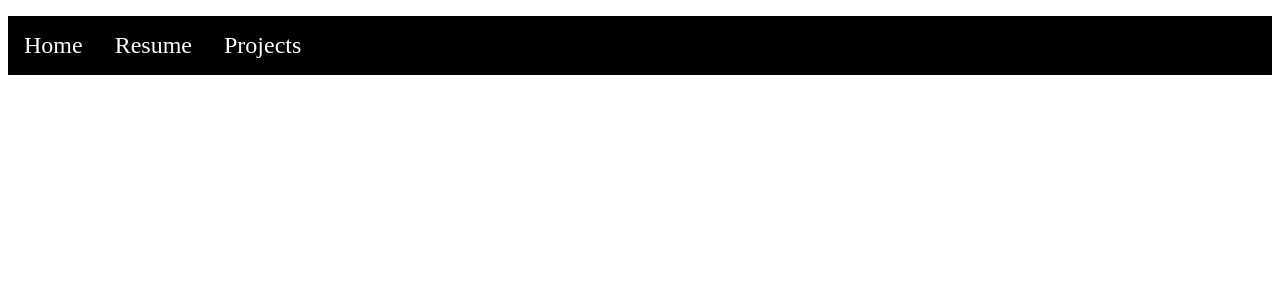
Repository: ChristianCain/ChristianCain.github.io
Page: html/index.html
The author's editor kept a record of every edit. The page is drawn from the files as they stood at one moment, then again after the next edit.
The browser window is 1280 px wide. The pictures show the whole page.

Above is the page before.

### html/index.html
<!DOCTYPE html>
<html>
    <head>
        <title>Home</title>
        <style>
          .navbar{
            list-style: none;
            background-color: black;
            overflow: hidden;
            padding: 0;
            }


            .navbar a, .dropdown div{
                text-decoration: none;
                color: white;
                font-size: 24px;
                padding: 16px;
                display: inline-block;

            }
            .navbar li{
                float: left;
            }

            .navbar li:hover{
                background-color:pink;
            }

            .dropdown-content{
                list-style: none;
                padding: 0;
                display: none;
                position: absolute;
                z-index: 1;
                background-color: black;

            }

            .dropdown-content li{
                float: none;
            }

            .dropdown:hover .dropdown-content{
                display: block;
            }


        </style>



    </head>
    <body>
        <ul class="navbar">
            <li><a href="./">Home</a></li>
            <li><a href="resume.html">Resume</a></li>
            <li class = "dropdown"</li>
                <div>Projects</div>
                <ul class="dropdown-content">
                    <li><a href="#">Project 1</a></li>
                    <li><a href="#">Project 2</a></li>
                    <li><a href="#">Project 3</a></li>

                </ul>


        </ul>
    </body>
</html>

After the next edit:
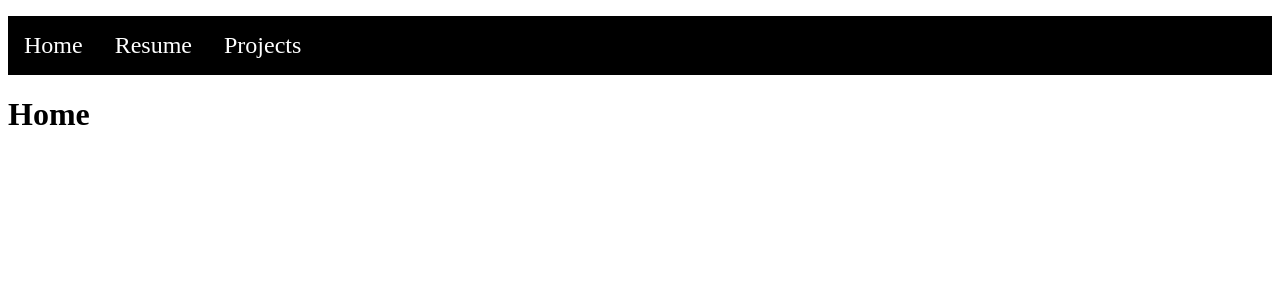
The edit:
--- a/html/index.html
+++ b/html/index.html
@@ -66,5 +66,9 @@
 
 
         </ul>
+
+        <h1>Home</h1>
+
+
     </body>
 </html>
